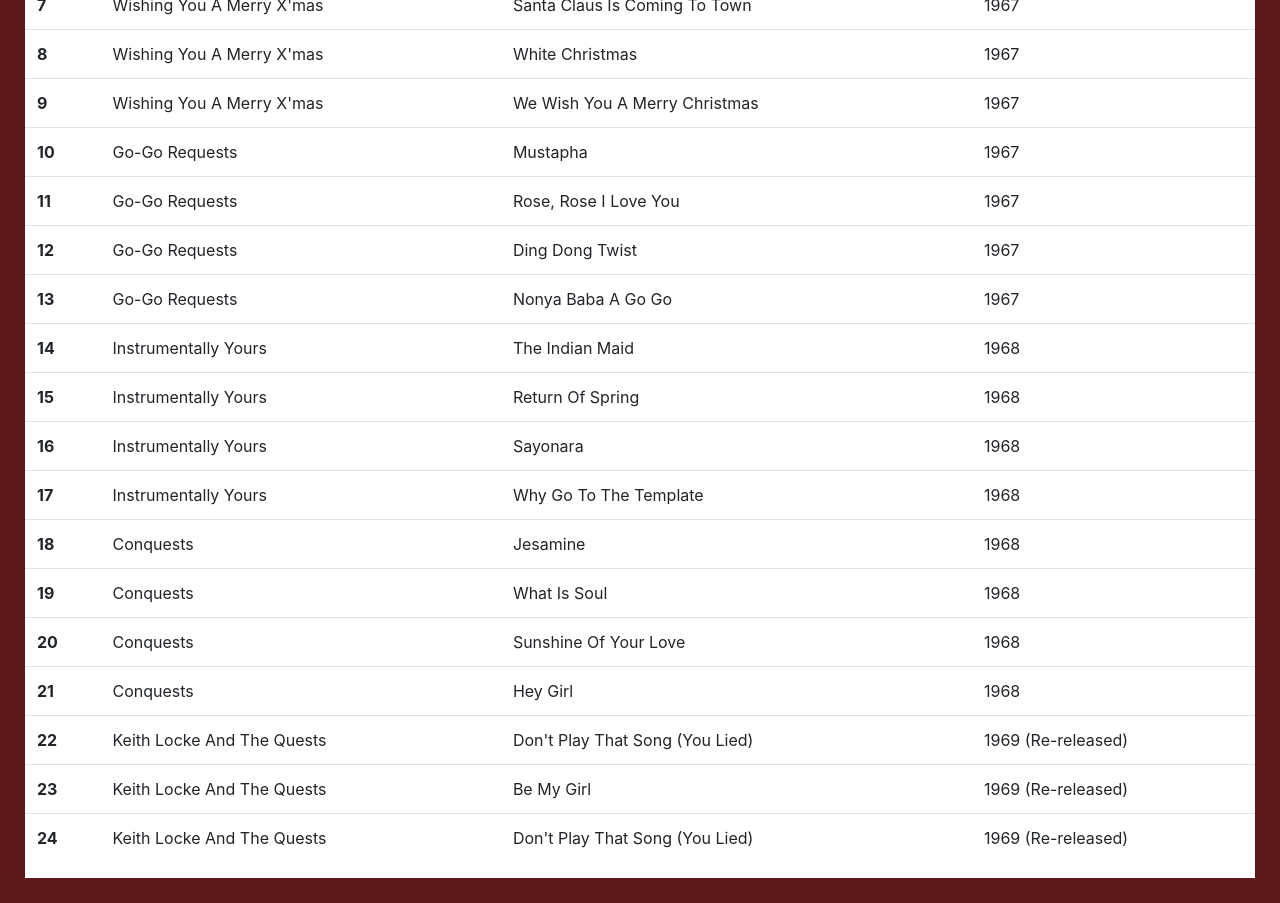
Repository: SamLookingGlass/User-Centric-Frontend-Development-Project
Page: music.html
The author's editor kept a record of every edit. The page is drawn from the files as they stood at one moment, then again after the next edit.
The browser window is 1280 px wide. The pictures show the part of the page from y = 1026 to 1978 px (the page is 1929 px tall before and 1978 px after).
Some web libraries are served in a nearby version.

Above is the page before.

After the next edit:
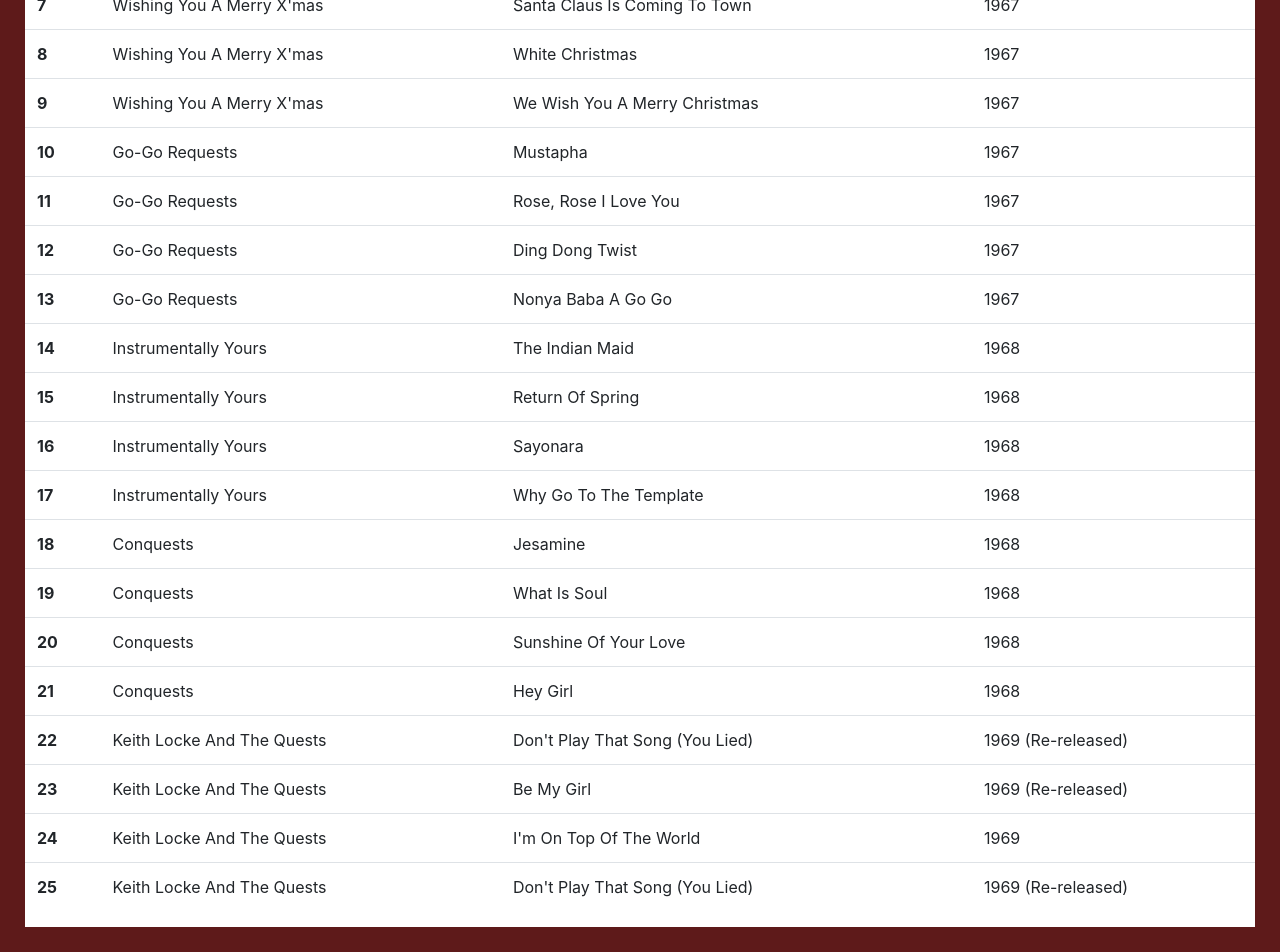
The edit:
--- a/music.html
+++ b/music.html
@@ -230,6 +230,12 @@
     <tr>
       <th scope="row">24</th>
       <td>Keith Locke And The Quests</td>
+      <td>I'm On Top Of The World</td>
+      <td>1969</td>
+    </tr>
+    <tr>
+      <th scope="row">25</th>
+      <td>Keith Locke And The Quests</td>
       <td>Don't Play That Song (You Lied)</td>
       <td>1969 (Re-released)</td>
     </tr>
